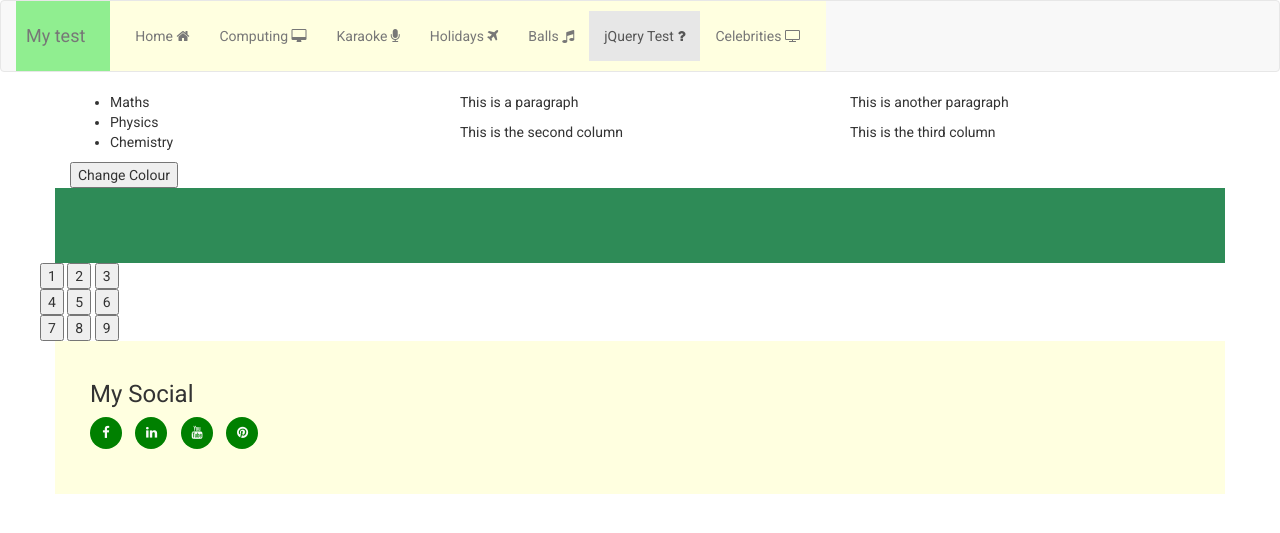
Repository: derektypist/bootstrap
Page: jquerydemo.html
The author's editor kept a record of every edit. The page is drawn from the files as they stood at one moment, then again after the next edit.
The browser window is 1280 px wide. The pictures show the whole page.
Some web libraries are served in a nearby version.

Above is the page before.

### jquerydemo.html
<!DOCTYPE html>
<html>
<head>
<meta name="viewport" content="width=device-width, initial-scale=1.0">
<title>Derek's Bootstrap Experience - Jquery Test</title>

<!-- Load Style Sheets -->

<link rel="stylesheet" href="https://maxcdn.bootstrapcdn.com/bootstrap/3.3.7/css/bootstrap.min.css">
<link rel="stylesheet" href="https://maxcdn.bootstrapcdn.com/font-awesome/4.7.0/css/font-awesome.min.css" type="text/css" />
<link rel="stylesheet" href="style.css" type="text/css">

<!-- Load Scripts -->
<script src="https://code.jquery.com/jquery-3.2.1.min.js" integrity="sha256-hwg4gsxgFZhOsEEamdOYGBf13FyQuiTwlAQgxVSNgt4=" crossorigin="anonymous"></script>
<script src="https://maxcdn.bootstrapcdn.com/bootstrap/3.3.7/js/bootstrap.min.js" integrity="sha384-Tc5IQib027qvyjSMfHjOMaLkfuWVxZxUPnCJA7l2mCWNIpG9mGCD8wGNIcPD7Txa" crossorigin="anonymous"></script>
<script>
    $(document).ready(function(){
        $("button").click(function(){
            $(".myhighlight").css("color", "orange");
        });
        $("p").mouseenter(function(){
            $(this).css("color", "green")
        });
        $("p").mouseleave(function(){
            $(this).css("color", "purple")
        });
    });
</script>
</head>
<body>
<nav class="navbar navbar-default">
        <div class="container-fluid">
            <!-- Logo -->
            <div class="navbar-header">
                <a href="index.html" class="navbar-brand">My test</a>
            </div>

            <!-- navbar with icons -->
            <ul class="nav navbar-nav">
                <li><a href="index.html">Home <i class="fa fa-home" aria-hidden="true"></i></a></li>
                <li><a href="computing.html">Computing <i class="fa fa-desktop" aria-hidden="true"></i></a></li>
                <li><a href="karaoke.html">Karaoke <i class="fa fa-microphone" aria-hidden="true"></i></a></li>
                <li><a href="holidays.html">Holidays <i class="fa fa-plane" aria-hidden="true"></i></a></li>
                <li><a href="balls.html">Balls <i class="fa fa-music" aria-hidden="true"></i></a></li>
                <li class="active"><a href="jquerydemo.html">jQuery Test <i class="fa fa-question" aria-hidden="true"></i></a></li>
                <li><a href="celebrities.html">Celebrities <i class="fa fa-television" aria-hidden="true"></i></a></li>
            </ul>
        </div>
    </nav>

    <!-- Section -->
    <section class="container">
        <div class="row">
            <div class="col-xs-12 col-sm-4">
                <ul>
                <li class="myhighlight">Maths</li>
                <li>Physics</li>
                <li>Chemistry</li>
            </ul>
            <button>Change Colour</button>
            </div>
            <div class="col-xs-12 col-sm-4">
                <p>This is a paragraph</p>
                <p>This is the second column</p>
            </div>
            <div class="col-xs-12 col-sm-4">
                <p>This is another paragraph</p>
                <p>This is the third column</p>
            </div>

        </div>

        <!-- Set Up Keypad -->
        <div class="row">
            <div id="keypad">
                <div id="display"></div>

                <!-- Set Up First Row for Keypad -->
                <div class="row">
                    <button id="one">1</button>
                    <button id="two">2</button>
                    <button id="three">3</button>
                </div>

                <!-- Set Up Second Row for Keypad -->
                <div class="row">
                    <button id="four">4</button>
                    <button id="five">5</button>
                    <button id="six">6</button>
                </div>

                <!-- Set Up Third Row for Keypad -->
                <div class="row">
                    <button id="seven">7</button>
                    <button id="eight">8</button>
                    <button id="nine">9</button>
                </div>
            </div>



            </div>
        </div>
    </section>

     <!-- Footer -->
       <footer class="container">
           <div class="row" id="footer-details">
               <h3>My Social</h3>
               <ul class="list-inline social-links">

                    <li><a target="_blank" href="https://www.facebook.com/derek.dhammaloka/" title="Facebook"><i class="fa fa-facebook"></i></a></li>
                    <li><a target="_blank" href="https://www.linkedin.com/in/derekdhammaloka" title="LinkedIn"><i class="fa fa-linkedin"></i></a></li>
                    <li><a target="_blank" href="https://www.youtube.com/user/derekthesec" title="YouTube"><i class="fa fa-youtube"></i></a></li>
                    <li><a target="_blank" href="https://www.pinterest.co.uk/derekthesec" title="Pinterest"><i class="fa fa-pinterest"></i></a></li>
               </ul>
           </div>
       </footer>

</body>
</html>

### style.css
/* Import Font */

@import url('https://fonts.googleapis.com/css?family=Roboto');

/* Body */

body {

    font-family: "Roboto", Arial, Verdana, sans-serif;
    height: 100%;
}

/* Liked Comments */

.liked {
    background-color: lightblue;
    padding: 10px;
}

/* Jumbotron */

.jumbotron {
    background-color: pink;
}

/* List Items */

.list-items {
    color: green;
}

.list-items a {
    text-decoration: none;
    color: orange;
}

.list-items a:hover {
    text-decoration: none;
    color: purple;
}

/* Margin Styles */
.mgn-col {
    margin-left: 10px;
}

/* Navbar Styles */
.navbar-header {
    background-color: lightgreen;
    padding: 10px;
}

.navbar-nav {
    background-color: lightyellow;
    padding: 10px;
}

/* Table Styles */
th {
    background-color: lightblue;
}


/* Download PDF Styles */
.download-pdf {
    color: green;
    text-align: center;
    font-size: 18px;
    padding-left: 5px;
}

.download-pdf i:hover {
    color: orange;
    transition: all 0.35s ease-in-out;
    -moz-transition: all 0.35s ease-in-out;
    -webkit-transition: all 0.35s ease-in-out;
    -o-transition: all 0.35s ease-in-out;
}

/* Footer */
footer {
    background-color: lightyellow;
    min-height: 50px;
    margin: 0;
}

.social-links {
    padding-bottom: 15px;
}

.social-links li a i {
    width: 32px;
    height: 32px;
    padding: 12px 0px;
    border-radius: 50%;
    font-size: 13px;
    line-height: 7px;
    text-align: center;
    color: #fafafa;
    background: green;
    transition: all 0.35s ease-in-out;
    -moz-transition: all 0.35s ease-in-out;
    -webkit-transition: all 0.35s ease-in-out;
    -o-transition: all 0.35s ease-in-out;

}

.social-links li a i:hover {
    background: purple;

}

#footer-details {
    margin: 20px;
}

/* jQueryDemo - Keypad */
#display {
    height: 75px;
    font-size: 2.5em;
    background-color: seagreen;
    color: white;
    text-align: center;
}

After the next edit:
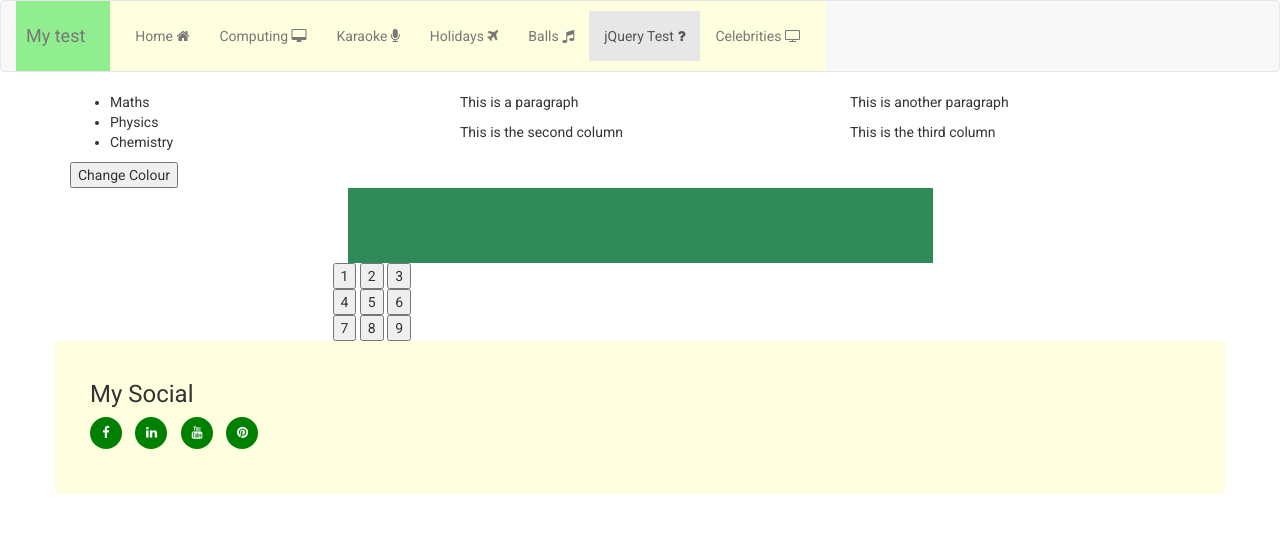
The edit:
--- a/style.css
+++ b/style.css
@@ -115,6 +115,12 @@
 }
 
 /* jQueryDemo - Keypad */
+
+#keypad {
+    width: 50%;
+    margin: auto;
+}
+
 #display {
     height: 75px;
     font-size: 2.5em;
